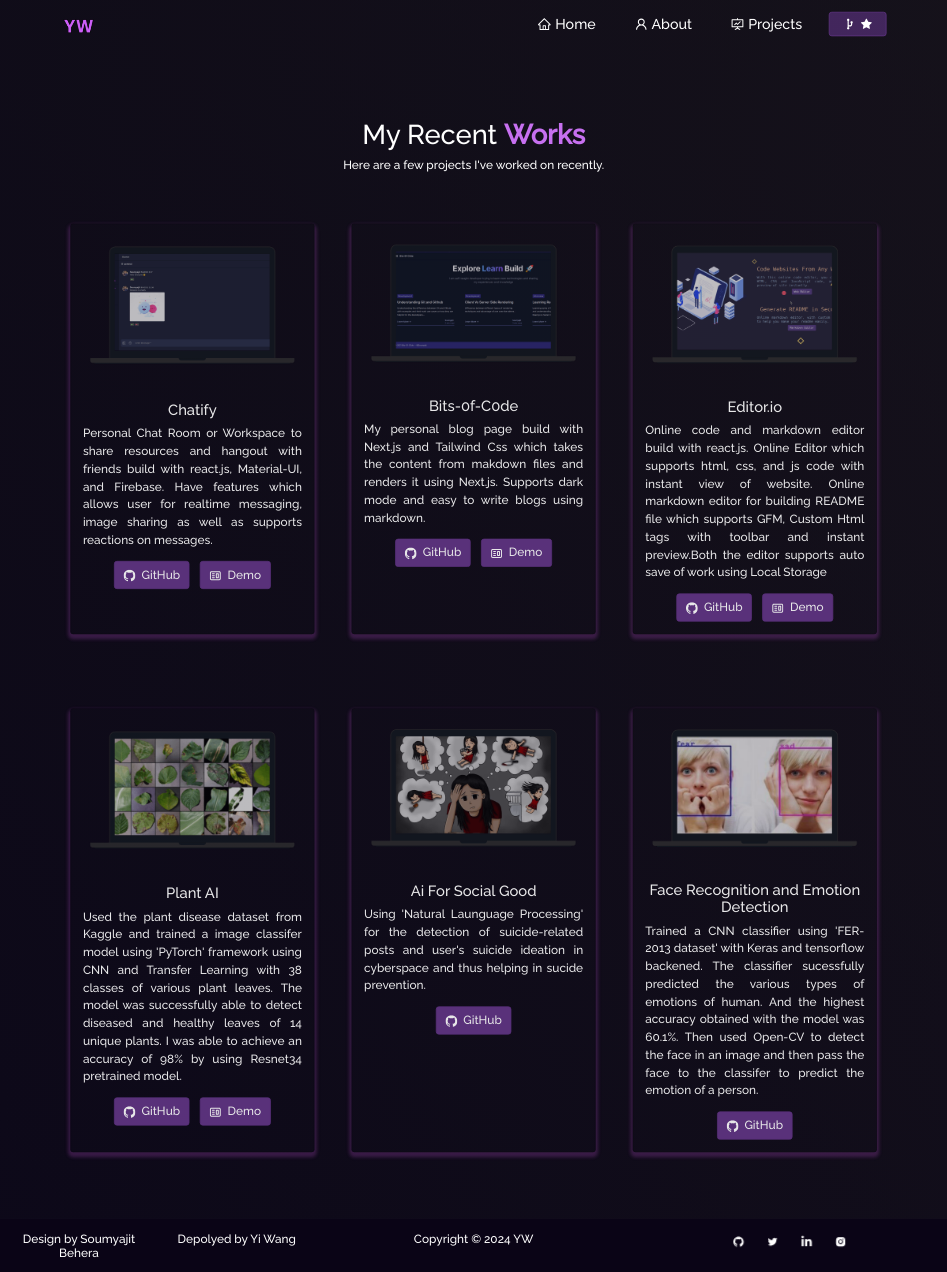
Repository: YiWang24/Portfolio
Page: /project
The author's editor kept a copy of each file at every save. The page is drawn from the files as they stood at one save, then again after a run of saves.
The browser window is 1280 px wide. The pictures show the whole page, at 74% of full size.
The project was rebuilt for these pictures with package versions that can differ from the ones it lists, and the page was loaded fresh each time. Also part of the build but not shown: src/components/Home/Home2.js, src/components/Home/Type.js, src/components/Home/Home.js, src/components/About/Github.js, src/components/About/Techstack.js, src/components/About/AboutCard.js, src/components/About/Toolstack.js, src/components/About/About.js and 1 more. Imported but missing from the stored project, and not drawn on this page: src/Assets/Soumyajit_Behera-BIT_MESRA.pdf.

Above is the page before, as saved 2024-08-21 21:03:15.

### public/index.html
<!DOCTYPE html>
<html lang="en">

<head>
  <meta charset="utf-8" />
  <link rel="icon" href="%PUBLIC_URL%/favicon.png" />
  <meta name="viewport" content="width=device-width, initial-scale=1" />
  <meta name="theme-color" content="#000000" />
  <meta name="description" content="Web site created using create-react-app" />
  <link rel="manifest" href="%PUBLIC_URL%/manifest.json" />
  <title>Yi Wang | Portfolio</title>
  <meta name="description" content="Self Developed personal website build with React.js">

  <!-- Google / Search Engine Tags -->
  <meta itemprop="name" content="Yi Wang | Portfolio">
  <meta itemprop="description" content="Self Developed personal website build with React.js">
  <meta itemprop="image"
    content="https://raw.githubusercontent.com/soumyajit4419/Portfolio/master/Images/readme-img.png?token=AK7VCIF5RYEUZZAURELPTAC76U6AK">

  <!-- Facebook Meta Tags -->
  <meta property="og:url" content="https://soumyajit.vercel.app">
  <meta property="og:type" content="website">
  <meta property="og:title" content="Yi Wang | Portfolio">
  <meta property="og:description" content="Self Developed personal website build with React.js">
  <meta property="og:image"
    content="https://raw.githubusercontent.com/soumyajit4419/Portfolio/master/Images/readme-img.png?token=AK7VCIF5RYEUZZAURELPTAC76U6AK">

  <!-- Twitter Meta Tags -->
  <meta name="twitter:card" content="summary_large_image">
  <meta name="twitter:title" content="Yi Wang | Portfolio">
  <meta name="twitter:description" content="Self Developed personal website build with React.js">
  <meta name="twitter:image"
    content="https://raw.githubusercontent.com/soumyajit4419/Portfolio/master/Images/readme-img.png?token=AK7VCIF5RYEUZZAURELPTAC76U6AK">
</head>

<body>
  <noscript>You need to enable JavaScript to run this app.</noscript>
  <div id="root"></div>
</body>

</html>

### src/components/Navbar.js
import React, { useState } from "react";
import Navbar from "react-bootstrap/Navbar";
import Nav from "react-bootstrap/Nav";
import Container from "react-bootstrap/Container";
import logo from "../Assets/logo.png";
import Button from "react-bootstrap/Button";
import { Link } from "react-router-dom";
import { CgGitFork } from "react-icons/cg";
import { ImBlog } from "react-icons/im";
import {
  AiFillStar,
  AiOutlineHome,
  AiOutlineFundProjectionScreen,
  AiOutlineUser,
} from "react-icons/ai";

import { CgFileDocument } from "react-icons/cg";

function NavBar() {
  const [expand, updateExpanded] = useState(false);
  const [navColour, updateNavbar] = useState(false);

  function scrollHandler() {
    if (window.scrollY >= 20) {
      updateNavbar(true);
    } else {
      updateNavbar(false);
    }
  }

  window.addEventListener("scroll", scrollHandler);

  return (
    <Navbar
      expanded={expand}
      fixed="top"
      expand="md"
      className={navColour ? "sticky" : "navbar"}
    >
      <Container>
        <Navbar.Brand href="/" className="d-flex">
          <img src={logo} className="img-fluid logo" alt="brand" />
        </Navbar.Brand>
        <Navbar.Toggle
          aria-controls="responsive-navbar-nav"
          onClick={() => {
            updateExpanded(expand ? false : "expanded");
          }}
        >
          <span></span>
          <span></span>
          <span></span>
        </Navbar.Toggle>
        <Navbar.Collapse id="responsive-navbar-nav">
          <Nav className="ms-auto" defaultActiveKey="#home">
            <Nav.Item>
              <Nav.Link as={Link} to="/" onClick={() => updateExpanded(false)}>
                <AiOutlineHome style={{ marginBottom: "2px" }} /> Home
              </Nav.Link>
            </Nav.Item>

            <Nav.Item>
              <Nav.Link
                as={Link}
                to="/about"
                onClick={() => updateExpanded(false)}
              >
                <AiOutlineUser style={{ marginBottom: "2px" }} /> About
              </Nav.Link>
            </Nav.Item>

            <Nav.Item>
              <Nav.Link
                as={Link}
                to="/project"
                onClick={() => updateExpanded(false)}
              >
                <AiOutlineFundProjectionScreen
                  style={{ marginBottom: "2px" }}
                />{" "}
                Projects
              </Nav.Link>
            </Nav.Item>

            {/* <Nav.Item>
              <Nav.Link
                as={Link}
                to="/resume"
                onClick={() => updateExpanded(false)}
              >
                <CgFileDocument style={{ marginBottom: "2px" }} /> Resume
              </Nav.Link>
            </Nav.Item>

            <Nav.Item>
              <Nav.Link
                href="https://soumyajitblogs.vercel.app/"
                target="_blank"
                rel="noreferrer"
              >
                <ImBlog style={{ marginBottom: "2px" }} /> Blogs
              </Nav.Link>
            </Nav.Item> */}

            <Nav.Item className="fork-btn">
              <Button
                href="https://github.com/YiWang24/Portfolio"
                target="_blank"
                className="fork-btn-inner"
              >
                <CgGitFork style={{ fontSize: "1.2em" }} />{" "}
                <AiFillStar style={{ fontSize: "1.1em" }} />
              </Button>
            </Nav.Item>
          </Nav>
        </Navbar.Collapse>
      </Container>
    </Navbar>
  );
}

export default NavBar;

### src/components/Projects/Projects.js
import React from "react";
import { Container, Row, Col } from "react-bootstrap";
import ProjectCard from "./ProjectCards";
import Particle from "../Particle";
import leaf from "../../Assets/Projects/leaf.png";
import emotion from "../../Assets/Projects/emotion.png";
import editor from "../../Assets/Projects/codeEditor.png";
import chatify from "../../Assets/Projects/chatify.png";
import suicide from "../../Assets/Projects/suicide.png";
import bitsOfCode from "../../Assets/Projects/blog.png";

function Projects() {
  return (
    <Container fluid className="project-section">
      <Particle />
      <Container>
        <h1 className="project-heading">
          My Recent <strong className="purple">Works </strong>
        </h1>
        <p style={{ color: "white" }}>
          Here are a few projects I've worked on recently.
        </p>
        <Row style={{ justifyContent: "center", paddingBottom: "10px" }}>
          <Col md={4} className="project-card">
            <ProjectCard
              imgPath={chatify}
              isBlog={false}
              title="Chatify"
              description="Personal Chat Room or Workspace to share resources and hangout with friends build with react.js, Material-UI, and Firebase. Have features which allows user for realtime messaging, image sharing as well as supports reactions on messages."
              ghLink="https://github.com/soumyajit4419/Chatify"
              demoLink="https://chatify-49.web.app/"
            />
          </Col>

          <Col md={4} className="project-card">
            <ProjectCard
              imgPath={bitsOfCode}
              isBlog={false}
              title="Bits-0f-C0de"
              description="My personal blog page build with Next.js and Tailwind Css which takes the content from makdown files and renders it using Next.js. Supports dark mode and easy to write blogs using markdown."
              ghLink="https://github.com/soumyajit4419/Bits-0f-C0de"
              demoLink="https://blogs.soumya-jit.tech/"
            />
          </Col>

          <Col md={4} className="project-card">
            <ProjectCard
              imgPath={editor}
              isBlog={false}
              title="Editor.io"
              description="Online code and markdown editor build with react.js. Online Editor which supports html, css, and js code with instant view of website. Online markdown editor for building README file which supports GFM, Custom Html tags with toolbar and instant preview.Both the editor supports auto save of work using Local Storage"
              ghLink="https://github.com/soumyajit4419/Editor.io"
              demoLink="https://editor.soumya-jit.tech/"
            />
          </Col>

          <Col md={4} className="project-card">
            <ProjectCard
              imgPath={leaf}
              isBlog={false}
              title="Plant AI"
              description="Used the plant disease dataset from Kaggle and trained a image classifer model using 'PyTorch' framework using CNN and Transfer Learning with 38 classes of various plant leaves. The model was successfully able to detect diseased and healthy leaves of 14 unique plants. I was able to achieve an accuracy of 98% by using Resnet34 pretrained model."
              ghLink="https://github.com/soumyajit4419/Plant_AI"
              demoLink="https://plant49-ai.herokuapp.com/"
            />
          </Col>

          <Col md={4} className="project-card">
            <ProjectCard
              imgPath={suicide}
              isBlog={false}
              title="Ai For Social Good"
              description="Using 'Natural Launguage Processing' for the detection of suicide-related posts and user's suicide ideation in cyberspace  and thus helping in sucide prevention."
              ghLink="https://github.com/soumyajit4419/AI_For_Social_Good"
              // demoLink="https://www.youtube.com/watch?v=dQw4w9WgXcQ&ab_channel=RickAstley" <--------Please include a demo link here
            />
          </Col>

          <Col md={4} className="project-card">
            <ProjectCard
              imgPath={emotion}
              isBlog={false}
              title="Face Recognition and Emotion Detection"
              description="Trained a CNN classifier using 'FER-2013 dataset' with Keras and tensorflow backened. The classifier sucessfully predicted the various types of emotions of human. And the highest accuracy obtained with the model was 60.1%.
              Then used Open-CV to detect the face in an image and then pass the face to the classifer to predict the emotion of a person."
              ghLink="https://github.com/soumyajit4419/Face_And_Emotion_Detection"
              // demoLink="https://blogs.soumya-jit.tech/"      <--------Please include a demo link here
            />
          </Col>
        </Row>
      </Container>
    </Container>
  );
}

export default Projects;

### src/components/Footer.js
import React from "react";
import { Container, Row, Col } from "react-bootstrap";
import {
  AiFillGithub,
  AiOutlineTwitter,
  AiFillInstagram,
} from "react-icons/ai";
import { FaLinkedinIn } from "react-icons/fa";
import { SiGmail } from "react-icons/si";

function Footer() {
  let date = new Date();
  let year = date.getFullYear();
  return (
    <Container fluid className="footer">
      <Row>
        <Col md="2" className="footer-copywright">
          <h3>Design by Soumyajit Behera</h3>
        </Col>
        <Col md="2" className="footer-copywright">
          <h3>Depolyed by Yi Wang</h3>
        </Col>
        <Col md="4" className="footer-copywright">
          <h3>Copyright © {year} YW</h3>
        </Col>
        <Col md="4" className="footer-body">
          <ul className="footer-icons">
            <li className="social-icons">
              <a
                href="https://github.com/YiWang24"
                style={{ color: "white" }}
                target="_blank"
                rel="noopener noreferrer"
                aria-label="GitHub"
              >
                <AiFillGithub />
              </a>
            </li>
            <li className="social-icons">
              <a
                href="https://x.com/wang_yi13857"
                style={{ color: "white" }}
                target="_blank"
                rel="noopener noreferrer"
              >
                <AiOutlineTwitter />
              </a>
            </li>
            <li className="social-icons">
              <a
                href="https://www.linkedin.com/in/yi-wang-51892731a/"
                style={{ color: "white" }}
                target="_blank"
                rel="noopener noreferrer"
              >
                <FaLinkedinIn />
              </a>
            </li>
            <li className="social-icons">
              <a
                href="https://www.instagram.com/yiwang2026/"
                style={{ color: "white" }}
                target="_blank"
                rel="noopener noreferrer"
              >
                <AiFillInstagram />


              </a>
            </li>
          </ul>
        </Col>
      </Row>
    </Container>
  );
}

export default Footer;

### src/components/Particle.js
import React from "react";
import Particles from "react-tsparticles";

function Particle() {
  return (
    <Particles
      id="tsparticles"
      params={{
        particles: {
          number: {
            value: 160,
            density: {
              enable: true,
              value_area: 1500,
            },
          },
          line_linked: {
            enable: false,
            opacity: 0.03,
          },
          move: {
            direction: "right",
            speed: 0.05,
          },
          size: {
            value: 1,
          },
          opacity: {
            anim: {
              enable: true,
              speed: 1,
              opacity_min: 0.05,
            },
          },
        },
        interactivity: {
          events: {
            onclick: {
              enable: true,
              mode: "push",
            },
          },
          modes: {
            push: {
              particles_nb: 1,
            },
          },
        },
        retina_detect: true,
      }}
    />
  );
}

export default Particle;

### src/components/Projects/ProjectCards.js
import React from "react";
import Card from "react-bootstrap/Card";
import Button from "react-bootstrap/Button";
import { CgWebsite } from "react-icons/cg";
import { BsGithub } from "react-icons/bs";

function ProjectCards(props) {
  return (
    <Card className="project-card-view">
      <Card.Img variant="top" src={props.imgPath} alt="card-img" />
      <Card.Body>
        <Card.Title>{props.title}</Card.Title>
        <Card.Text style={{ textAlign: "justify" }}>
          {props.description}
        </Card.Text>
        <Button variant="primary" href={props.ghLink} target="_blank">
          <BsGithub /> &nbsp;
          {props.isBlog ? "Blog" : "GitHub"}
        </Button>
        {"\n"}
        {"\n"}

        {/* If the component contains Demo link and if it's not a Blog then, it will render the below component  */}

        {!props.isBlog && props.demoLink && (
          <Button
            variant="primary"
            href={props.demoLink}
            target="_blank"
            style={{ marginLeft: "10px" }}
          >
            <CgWebsite /> &nbsp;
            {"Demo"}
          </Button>
        )}
      </Card.Body>
    </Card>
  );
}
export default ProjectCards;

Loaded but not shown: src/index.js (common file); src/index.css (common file); src/App.js (common file); src/reportWebVitals.js (common file); src/components/Pre.js (common file); src/components/ScrollToTop.js (common file); src/style.css (common file); src/App.css (common file)

After the next 4 saves:
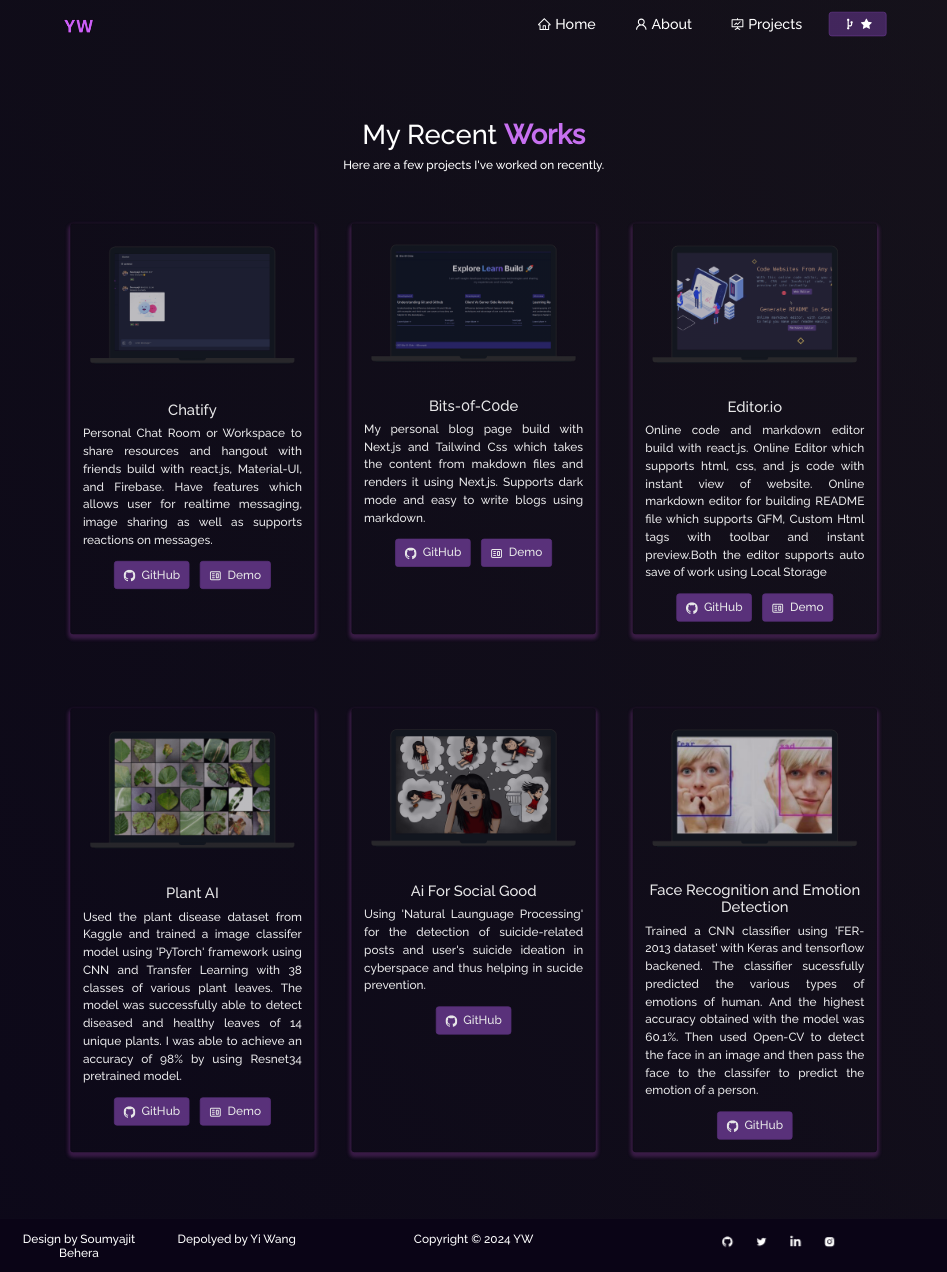
The 4 saves are shown as one change because they came seconds apart.
The last was saved 15 s later.
--- a/src/components/Footer.js
+++ b/src/components/Footer.js
@@ -64,7 +64,9 @@ function Footer() {
                 rel="noopener noreferrer"
               >
                 <AiFillInstagram />
-
+            <li className = "social-icons">
+              <a></a>
+            </li>
 
               </a>
             </li>
